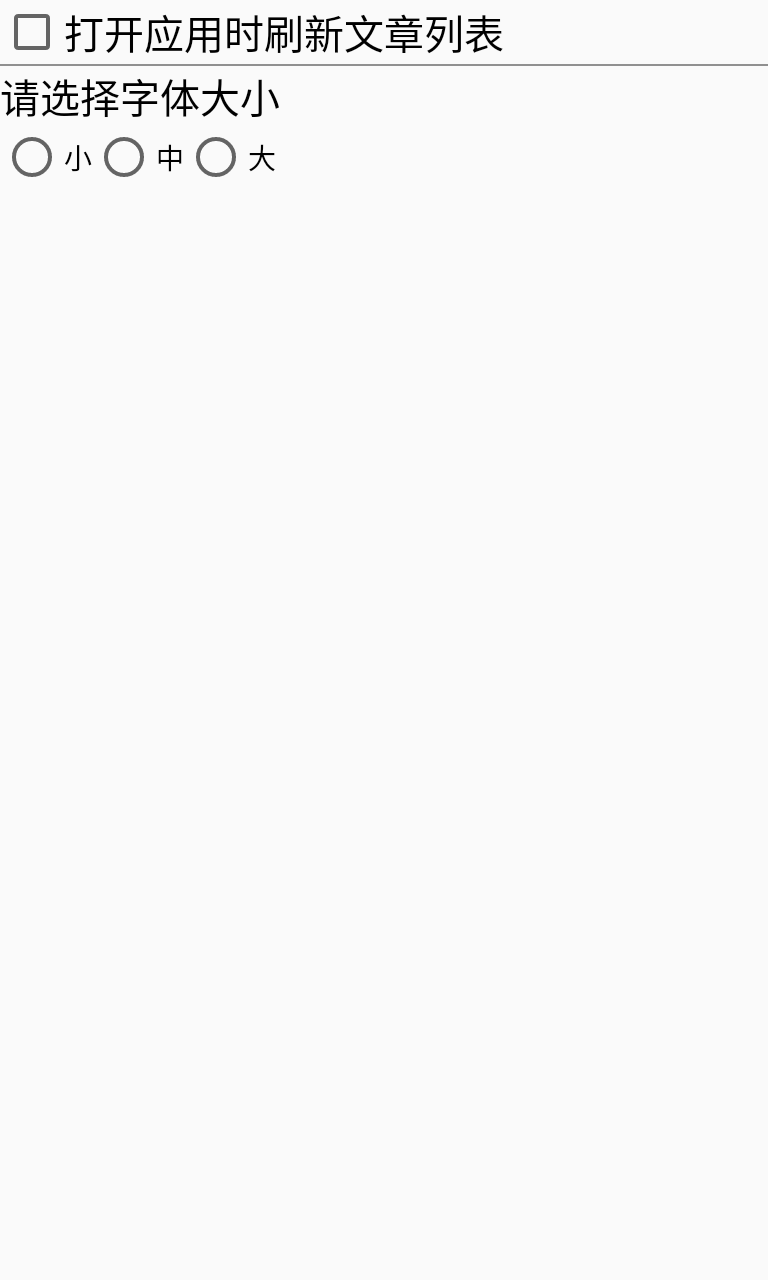
Repository: xdrush/MyRssReader
Layout: MyRssReader/res/layout/setting_show.xml
An editor plug-in stored every save of this project. The layout is shown before and after the next save, followed by the edit.
It is drawn on a 768 x 1280 px phone screen (xhdpi) without system bars, with theme AppTheme; the app's code is not run.

Above is the layout before, as saved 2015-07-31 11:55:53.

After the next save:
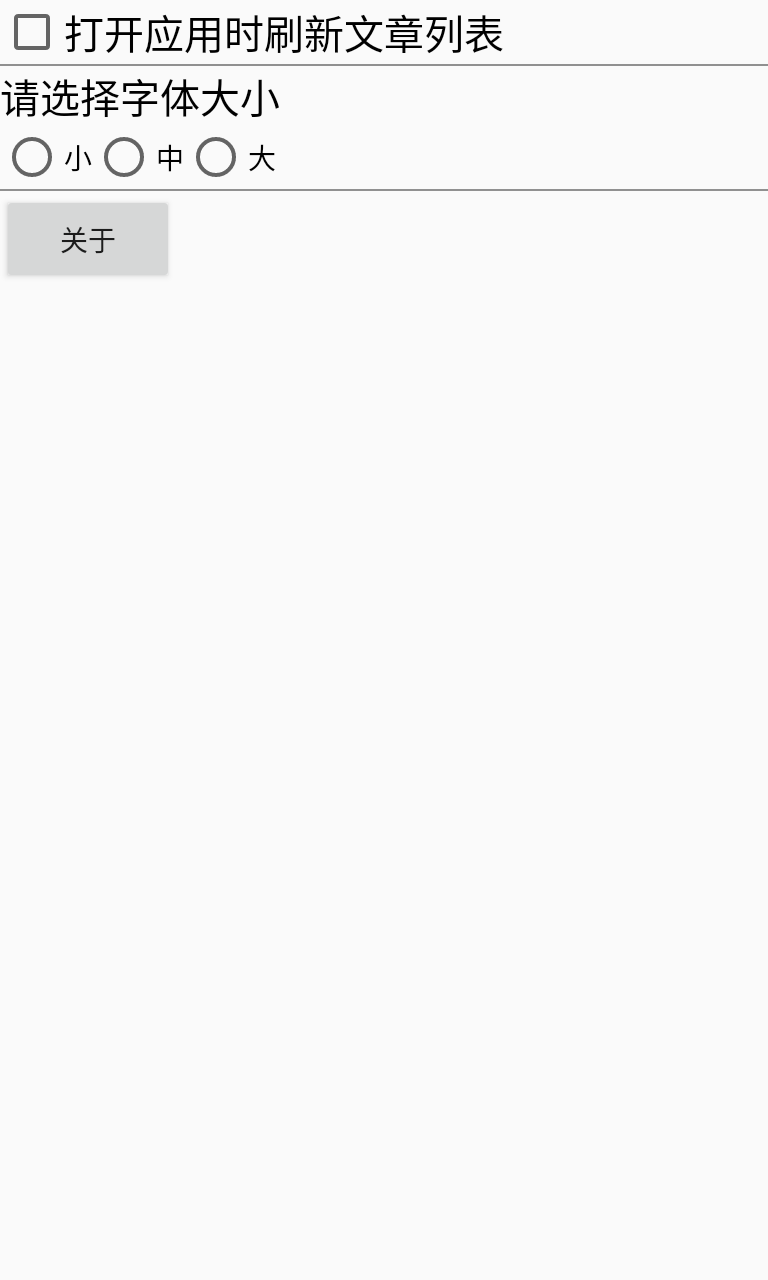
Saved 12 min 53 s later.
--- a/MyRssReader/res/layout/setting_show.xml
+++ b/MyRssReader/res/layout/setting_show.xml
@@ -60,4 +60,15 @@
 		</RadioGroup>
     </LinearLayout>
 
+    <View
+        android:layout_width="fill_parent"
+        android:layout_height="1dip"
+        android:background="#FF909090" />
+
+    <Button
+    	android:id="@+id/about_page"
+    	android:layout_width="wrap_content"
+    	android:layout_height="wrap_content"
+    	android:text="关于" />
+
 </LinearLayout>
